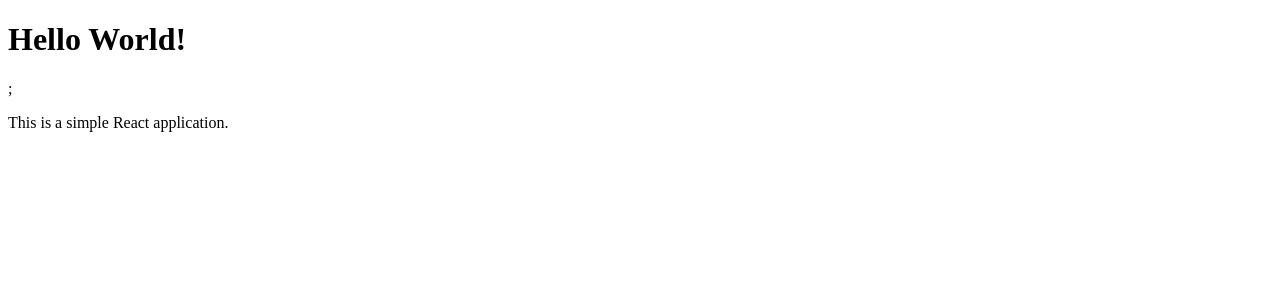
Repository: deniseada/class1
Page: /
These files come from the project's save history. The page is drawn as it stood at one moment and after the next save; the edit follows.
The browser window is 1280 px wide. The pictures show the whole page.
The project was rebuilt for these pictures with package versions that can differ from the ones it lists, and the page was loaded fresh each time. Also part of the build but not shown: vite.config.js, src/index.css.

Above is the page before, as saved 2025-09-10 13:31:43.

After the next save:
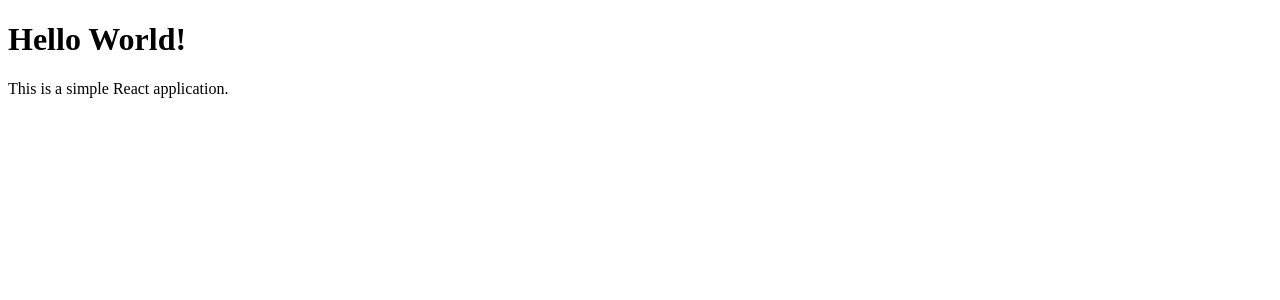
Saved 8 s later.
--- a/src/App.jsx
+++ b/src/App.jsx
@@ -1,7 +1,8 @@
 function App() {
   return (
     <div>
-      <h1>Hello World!</h1>;<p>This is a simple React application.</p>
+      <h1>Hello World!</h1>
+      <p>This is a simple React application.</p>
     </div>
   );
 }
